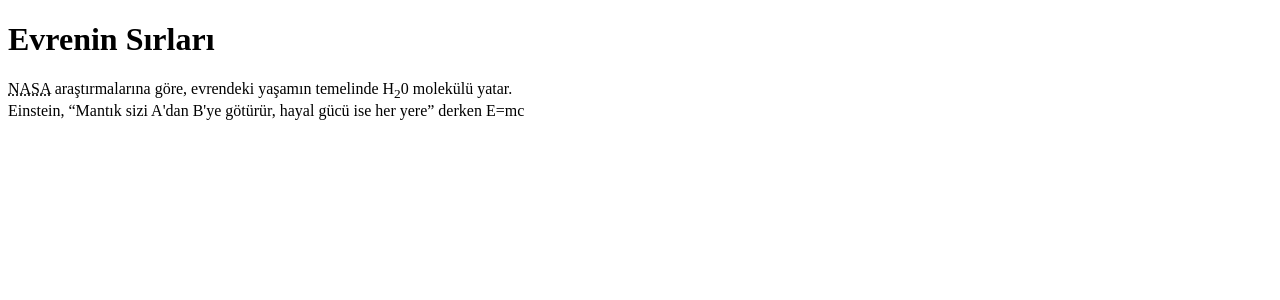
Repository: BeritanBlgn/web-yazilim-muhendisligi
Page: Modul_1/Ders_3/1.3.6_gorev1.html
An editor plug-in stored every save of this project. The page is shown before and after a run of saves, followed by the edit.
The browser window is 1280 px wide. The pictures show the whole page.

Above is the page before, as saved 2026-10-09 22:21:40.

After the next 2 saves:
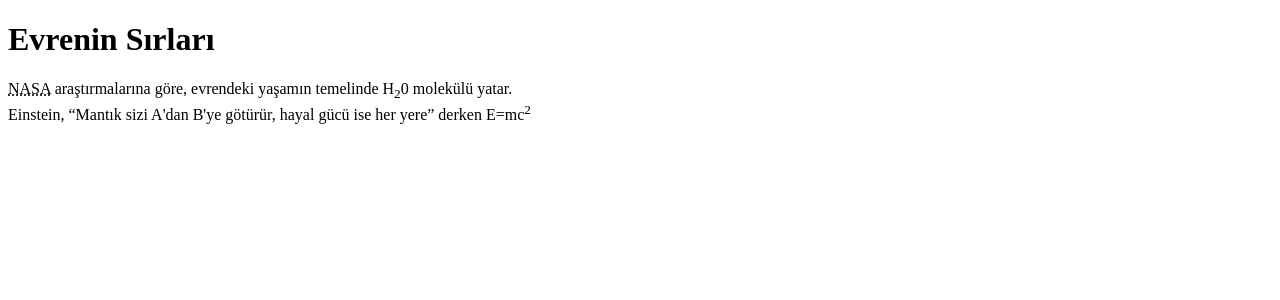
The 2 saves are shown as one change because they came seconds apart.
The last was saved 9 s later.
--- a/Modul_1/Ders_3/1.3.6_gorev1.html
+++ b/Modul_1/Ders_3/1.3.6_gorev1.html
@@ -13,7 +13,7 @@
         <abbr title="Evrenin Sırları">NASA</abbr>
         araştırmalarına göre, evrendeki yaşamın temelinde H<sub>2</sub>0 molekülü yatar. <br>
         Einstein, <q>Mantık sizi A'dan B'ye götürür, hayal gücü ise her yere</q>
-        derken E=mc
+        derken E=mc<sup>2</sup>
 
 
     </p>
